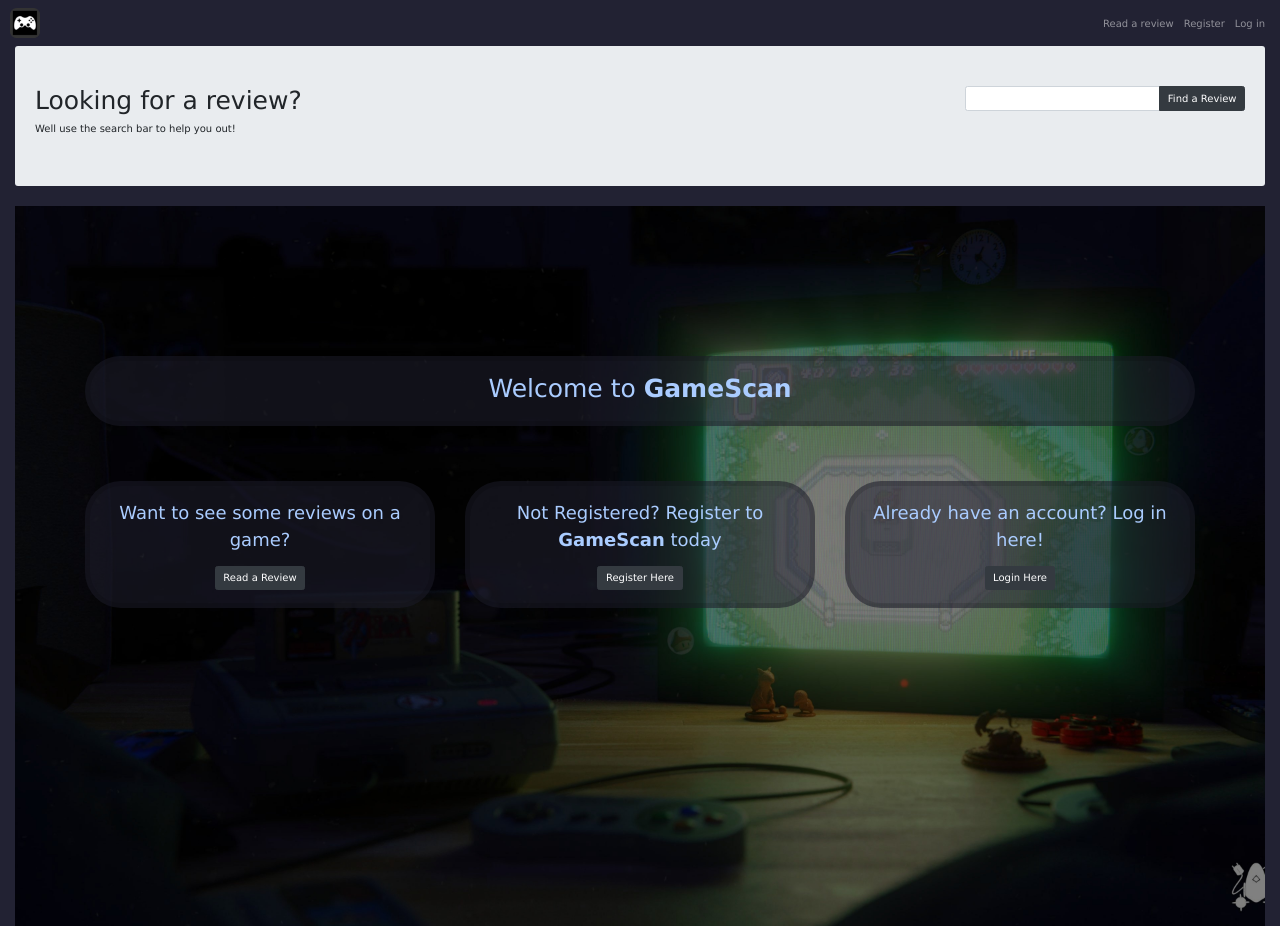
Repository: amit238/milestone-project-3
Page: http://localhost/
The author's editor kept a record of every edit. The page is drawn from the files as they stood at one moment, then again after the next edit.
The browser window is 1280 px wide. The pictures show the whole page.
Some web libraries are served in a nearby version. The page is served by the project's application, run on Flask 3 (app.py). Other server files are loaded and not shown.

Above is the page before.

### templates/index.html
{% extends "base.html" %} {% block nav_index %}active{% endblock %} {% block content %}
<div class="background">
    <div class="container fade-in">
        <div class="row">
            <div class="col-12 homepage">
                <div class="card homepage-card">
                    <div class="card-body">
                        <h1 class="welcome">Welcome to <strong>GameScan</strong></h1>
                    </div>
                </div>
            </div>
        </div>
        <div class="row padding-text-align">
            <div class="col-12 col-lg-4">
                <div class="card homepage-card">
                    <!--Homepage which shows cards providing buttons to redirect -->
                    <div class="card-body">
                        <p>Want to see some reviews on a game?</p>
                        <a href="{{ url_for('reviews') }}" ><button method="get" type="submit" type="button" class="btn btn-dark">Read a Review</button></a>
                    </div>
                </div>
            </div>
            <div class="col-12 col-lg-4">
                <div class="card homepage-card">
                    <div class="card-body">
                        <p>Not Registered? Register to <strong>GameScan</strong> today</p>
                        <a href="{{ url_for('register') }}"><button type="button" class="btn btn-dark">Register Here</button></a>
                    </div>
                </div>
            </div>
            <div class="col-12 col-lg-4">
                <div class="card homepage-card">
                    <div class="card-body">
                        <p>Already have an account? Log in here!</p>
                        <a href="{{ url_for('login') }}"><button type="button" class="btn btn-dark">Login Here</button></a>
                    </div>
                </div>
            </div>
        </div>
        {% endblock %}

### templates/base.html
<!DOCTYPE html>
<html lang="en">

<head>
  <meta charset="UTF-8">
  <meta name="viewport" content="width=device-width, initial-scale=1.0">
  <meta http-equiv="X-UA-Compatible" content="ie=edge"> {% if title %}
  <title>GameScan - {{ title }} </title>
  {% else %}
  <title>Welcome to GameScan!</title>
  {% endif %}
  <link rel="stylesheet" href="https://maxcdn.bootstrapcdn.com/bootstrap/4.2.1/css/bootstrap.min.css" type="text/css" />
  <link rel="stylesheet" href="https://use.fontawesome.com/releases/v5.0.10/css/all.css" integrity="sha384-+d0P83n9kaQMCwj8F4RJB66tzIwOKmrdb46+porD/OvrJ+37WqIM7UoBtwHO6Nlg" crossorigin="anonymous">
  <link rel="stylesheet" href="{{url_for('static', filename='css/style.css')}}" type="text/css" />
  <link rel="shortcut icon" type="image/ico" href="{{ url_for('static', filename='img/favicon.ico') }}" />
</head>

<body>

  <header>
    <nav class="navbar navbar-expand-lg navbar-dark bg-custom ">
      <a class="navbar-brand" href="{{ url_for('index') }}">
       <img src="{{ url_for('static', filename='img/favicon.ico') }}" width="30" height="30" alt="">
  </a>
      <button class="navbar-toggler" type="button" data-toggle="collapse" data-target="#navbarNavAltMarkup" aria-controls="navbarNavAltMarkup" aria-expanded="false" aria-label="Toggle navigation">
    <span class="navbar-toggler-icon"></span>
  </button>
      <div class="collapse navbar-collapse" id="navbarNavAltMarkup">
        <div class="navbar-nav ml-auto">
          <!--Being 'logged in' will show different links-->
          {% if session['logged_in'] == True %}
          <a class="nav-item nav-link" href="{{ url_for('reviews') }}">Read a review</a>
          <a class="nav-item nav-link" href="{{ url_for('addreview') }}">Write a review</a>
          <a class="nav-item nav-link" href="{{ url_for('logout') }}">Sign Out</a> {% else %}
          <a class="nav-item nav-link" href="{{ url_for('reviews') }}">Read a review</a>
          <a class="nav-item nav-link" href="{{ url_for('register') }}">Register</a>
          <a class="nav-item nav-link" href="{{ url_for('login') }}">Log in</a> {% endif %}
        </div>
      </div>
    </nav>
    <div class="container-fluid">
    <div class="jumbotron">
    <div class="row">
      <div class="col-lg-9">
        <h1>Looking for a review?</h1>
        <p>Well use the search bar to help you out!</p>
      </div>
      <div class="col-lg-3">
        <form class="input-group mb-3" action="{{ url_for('search') }}">
          <input class="form-control" type="text" name="query" />
          <div class="input-group-append">
            <button class="btn btn-dark" type="submit">Find a Review</button>
          </div>
        </form>
      </div>
    </div>
    </div>
    {% with messages = get_flashed_messages() %} {% if messages %}
    <ul>
      {% for message in messages %}
      <li class="alert-warning">{{ message }}</li>
      {% endfor %}
    </ul>
    {% endif %} {% endwith %} {% block content %} {% endblock %}
  </header>
  <script src="https://code.jquery.com/jquery-3.5.1.js" integrity="sha256-QWo7LDvxbWT2tbbQ97B53yJnYU3WhH/C8ycbRAkjPDc=" crossorigin="anonymous"></script>
  <script src="https://cdnjs.cloudflare.com/ajax/libs/popper.js/1.14.6/umd/popper.min.js" integrity="sha384-wHAiFfRlMFy6i5SRaxvfOCifBUQy1xHdJ/yoi7FRNXMRBu5WHdZYu1hA6ZOblgut" crossorigin="anonymous"></script>
  <script src="https://stackpath.bootstrapcdn.com/bootstrap/4.2.1/js/bootstrap.min.js" integrity="sha384-B0UglyR+jN6CkvvICOB2joaf5I4l3gm9GU6Hc1og6Ls7i6U/mkkaduKaBhlAXv9k" crossorigin="anonymous"></script>
</body>

</html>

### app.py
import os
if os.path.exists("env.py"):
  import env
from flask import Flask, render_template, redirect, request, url_for, flash, session
from forms import LoginForm, RegisterForm, ReviewGameForm
from flask_pymongo import PyMongo
from bson.objectid import ObjectId
import re
import bcrypt

app = Flask(__name__)
app.config["MONGO_DBNAME"] = 'game_scan'
app.config["MONGO_URI"] = os.environ.get('MONGO_URI')

mongo = PyMongo(app)

SECRET_KEY = os.urandom(32)
app.config['SECRET_KEY'] = SECRET_KEY



@app.route('/reviews')
def reviews():
    return render_template('reviews.html', title="Read a review!", game_reviews=mongo.db.game_reviews.find())







@app.route('/')
def index():
    return render_template('index.html', title="Home")






# Adding Log in

@app.route('/login', methods=['GET', 'POST'])
def login():
    """Login handler"""
    if session.get('logged_in'):
        if session['logged_in'] is True:
            return redirect(url_for('index', title="Log In"))

    form = LoginForm()

    if form.validate_on_submit():
        # get all users
        users = mongo.db.users
        # try and get one with same name as entered
        db_user = users.find_one({'name': request.form['username']})

        if db_user:
            # check password using hashing
            if bcrypt.hashpw(request.form['password'].encode('utf-8'),
                             db_user['password']) == db_user['password']:
                session['username'] = request.form['username']
                session['logged_in'] = True
                flash('You have successfully logged in!')
                # successful redirect to home logged in
                return redirect(url_for('index', title="Sign In", form=form))
            # must have failed set flash message
            flash('Invalid username/password combination')
    return render_template("login.html", title="Sign In", form=form)





@app.route('/logout')
def logout():
    """Clears session and redirects to home"""
    session.clear()
    return redirect(url_for('index'))





# Adding in Register form

@app.route('/register', methods=['GET', 'POST'])
def register():
    """Handles registration functionality"""
    form = RegisterForm(request.form)
    if form.validate_on_submit():
        # get all the users
        users = mongo.db.users
        # see if we already have the entered username
        existing_user = users.find_one({'name': request.form['username']})

        if existing_user is None:
            # hash the entered password
            hash_pass = bcrypt.hashpw(request.form['password'].encode('utf-8'), bcrypt.gensalt())
            # insert the user to DB
            users.insert_one({'name': request.form['username'],
                          'password': hash_pass,
                          'email': request.form['email']})
            session['username'] = request.form['username']
            session['logged_in'] = True
            # Logs user in after registering
            return redirect(url_for('index'))
        # duplcate username set flash message and reload page
        flash('Sorry, that username is already taken - use another')
        return redirect(url_for('register'))
    return render_template('register.html', title='Register', form=form)





# Adding a review

@app.route('/addreview', methods=['GET', 'POST'])
def addreview():

   # If user gets onto the add page but not logged in

    if 'logged_in' not in session:
        flash('To add a review you need to sign in')
        return redirect(url_for('login'))

   # If form submits successfully

    form = ReviewGameForm(request.form)
    if request.method == 'POST':
        game_reviews=mongo.db.game_reviews
        print('inside')
        print('rating:' + request.form['rating'])
        # import pdb; pdb.set_trace()
        # add form content to db as a new record
        game_reviews.insert_one({
            'user_created': session['username'],
            'name': request.form['name'],
            'genre': request.form['genre'],
            'rating': request.form['rating'],
            'description': request.form['description'],
            })

        flash('Your Review has been added ', 'success')

        # send to my reviews template on successful add
        return redirect(url_for('reviews'))

    return render_template('addreview.html', form=form,
                           title='Add a Review')





# Editing a review

@app.route('/editreview/<id>', methods=['GET', 'POST'])
def editreview(id):


    a_reivew = mongo.db.game_reviews.find_one({'_id': ObjectId(id)})
    # retrieving record from db


    form = ReviewGameForm(data=a_reivew)

    if form.validate_on_submit():  # if form submits successfully
        game_reviews = mongo.db.game_reviews


        # add form content to db as a new record
        game_reviews.update_one({'_id': ObjectId(id)}, {'$set': {
            'name': request.form['name'],
            'genre': request.form['genre'],
            'rating': request.form['rating'],
            'description': request.form['description'],
            }})
        flash('Your review has been updated!', 'success')

        # send to my review template on successful addupdate
        return redirect(url_for('reviews', id=id))

    return render_template('editreview.html', form=form,
                           title='Edit a  Review!')


# Delete a review

# If user is logged in and wants to delete a review

@app.route('/deletereview/<id>', methods=['GET', 'POST'])
def deletereview(id):

    flash("Your review has been removed!.")
    mongo.db.game_reviews.delete_one({'_id': ObjectId(id)})
    return redirect(url_for('index'))

# Adding a Search bar to my reviews page


@app.route('/search', methods=['POST'])
def search():
    # This creates an index in each of the fields in the collect to perform a text search on them
    mongo.db.game_reviews.create_index([('description', 'text'), ('name','text'), ('genre', 'text'),])

    query = request.form.get('query')
    game_reviews = mongo.db.game_reviews.find({'$text': {'$search': query}})
    return render_template('reviews.html', game_reviews=game_reviews, type='search', query=query)




# Adding a 404 error page

''' If user goes onto a page that doesnt exist on the app '''

@app.errorhandler(404)
def handle_404(exception):
    return render_template('404.html', exception=exception, title="404 Error")

if __name__ == '__main__':
    app.run(host=os.environ.get('IP'),
            port=int(os.environ.get('PORT')),
            debug=False)

### static/css/style.css
html {
  font-size: 10px;
}

body {
  padding: 0;
  margin: 0;
  background-color: #222233;
  font-family: "Lucida Sans Unicode", "Lucida Grande", sans-serif;
  ;
}

/*----Navbar----*/

.bg-custom {
  background-color: #222233;
}

.nav-item {
  color: #aaccff;
}

/*----Homepage----*/

.padding-text-align {
  padding-top: 5em;
  text-align: center;
}

.homepage-card {
  font-size: large;
  background-color: rgba(34, 34, 51, 0.5);
  border-radius: 2em;
  border-width: thick;
  animation: fade-cards-in 2s ease-out;
  margin-bottom: 5px;
  color: #AACCFF
}

@keyframes fade-cards-in {
  0% {
    opacity: .5;
    transform: translateY(30px);
  }
  80% {
    transform: translateY(3px);
  }
  100% {
    opacity: 1;
    transform: translate(0);
  }
}

.background {
  background-image: url('../img/night.jpg');
  background-color: #222233;
  background-size: cover;
  background-repeat: no-repeat;
  height: 100vh;
}

.homepage {
  padding-top: 15em;
  text-align: center;
}

/*----Add Review----*/
/*-some css also in reviews.html to stop repeating-*/

.form-bg {
  background-color: #222233;
  margin-top: 2em;
}

.thick-border {
  border-width: thick;

}

.form-text {
  color: #AACCFF;
  font-size: 1.4rem;
  border-width: thick;
}

.form-btn {
  text-align: center;
  background-color: #222233;
}

.center-header {
  text-align: center;
}


/*----Reviews----*/

.center {
  text-align: center;
  border-width: thick;
}

.description {
  margin-top: 2em;
  text-align: left;
}

.review-title {
  font-weight: 900;
}


/*----Register----*/
/*-some css also in other html pages to stop repeating-*/

.color-center {
  color: #AACCFF;
  text-align: center;
}

.padding-top {
  padding-top: 1em;
}


.border-box {
  border-radius: 1rem;
}




.message {
  text-align: center;
  color: white;
  padding-left: 3rem;
}

After the next edit:
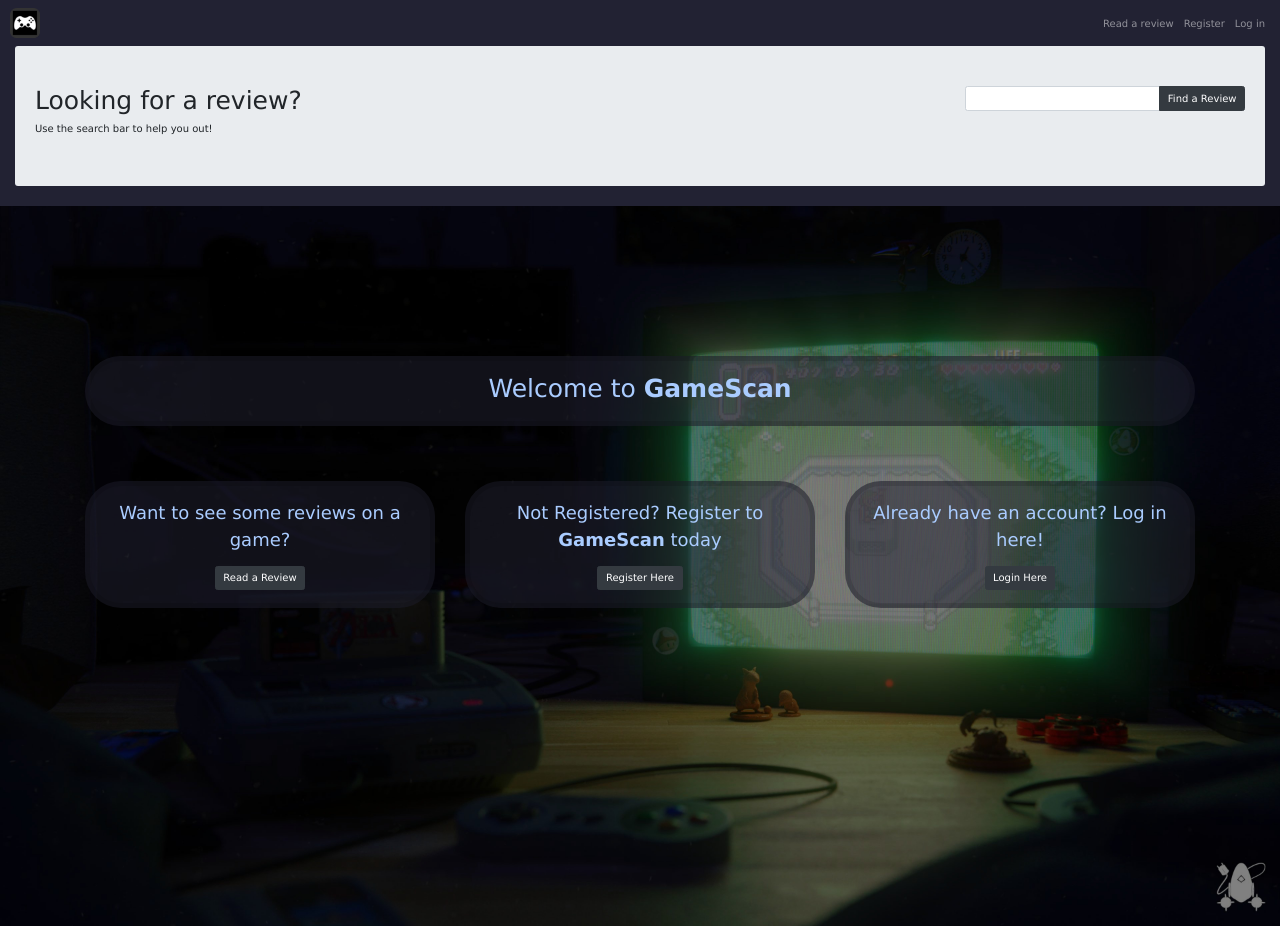
The edit:
--- a/templates/base.html
+++ b/templates/base.html
@@ -39,21 +39,22 @@
       </div>
     </nav>
     <div class="container-fluid">
-    <div class="jumbotron">
-    <div class="row">
-      <div class="col-lg-9">
-        <h1>Looking for a review?</h1>
-        <p>Well use the search bar to help you out!</p>
+      <div class="jumbotron">
+        <div class="row">
+          <div class="col-lg-9">
+            <h1>Looking for a review?</h1>
+            <p>Use the search bar to help you out!</p>
+          </div>
+          <div class="col-lg-3">
+            <form class="input-group mb-3" action="{{ url_for('search') }}">
+              <input class="form-control" type="text" name="query" />
+              <div class="input-group-append">
+                <button class="btn btn-dark" type="submit">Find a Review</button>
+              </div>
+            </form>
+          </div>
+        </div>
       </div>
-      <div class="col-lg-3">
-        <form class="input-group mb-3" action="{{ url_for('search') }}">
-          <input class="form-control" type="text" name="query" />
-          <div class="input-group-append">
-            <button class="btn btn-dark" type="submit">Find a Review</button>
-          </div>
-        </form>
-      </div>
-    </div>
     </div>
     {% with messages = get_flashed_messages() %} {% if messages %}
     <ul>
